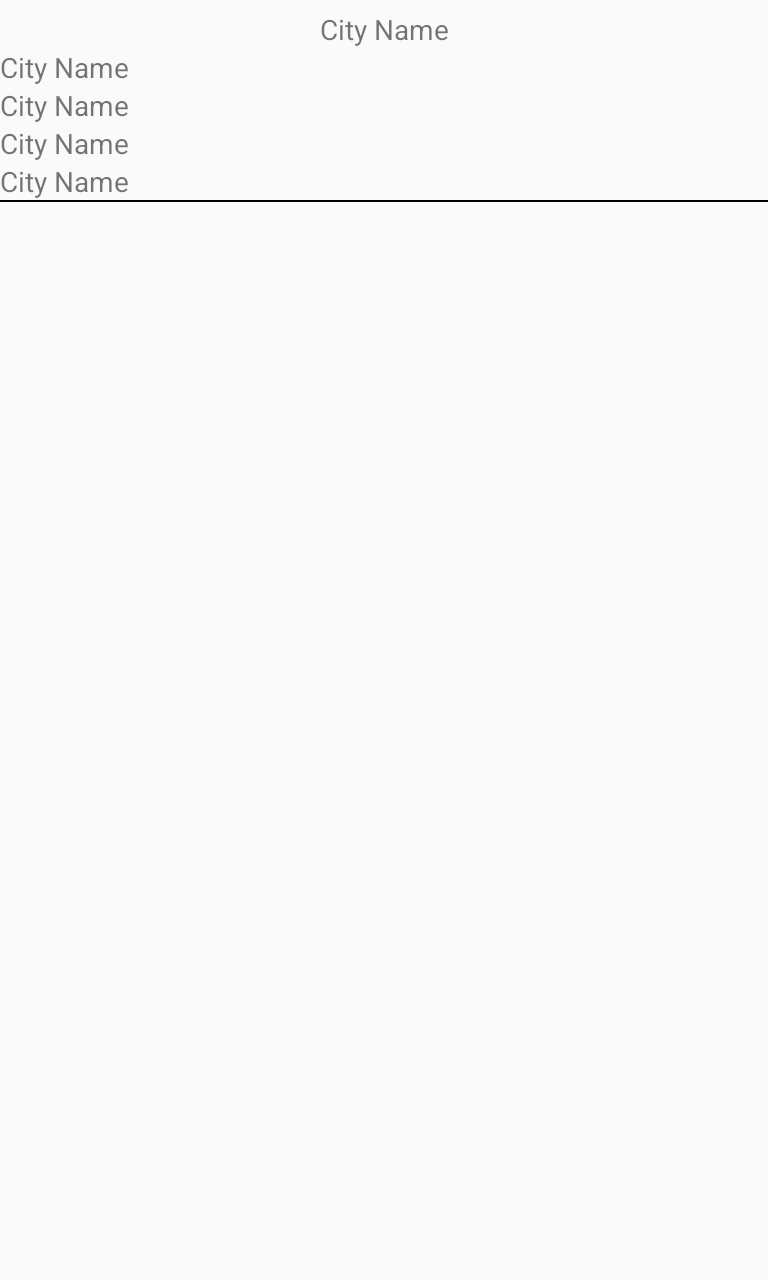
Repository: bhameamit/LeftShiftTask
Layout: LeftShiftTask/LeftShiftTak/res/layout/list_item.xml
These files come from the project's save history. The layout is drawn as it stood at one moment and after the next save; the edit follows.
It is drawn on a 768 x 1280 px phone screen (xhdpi) without system bars, with theme AppTheme; the app's code is not run.

Above is the layout before, as saved 2015-02-22 09:40:05.

After the next save:
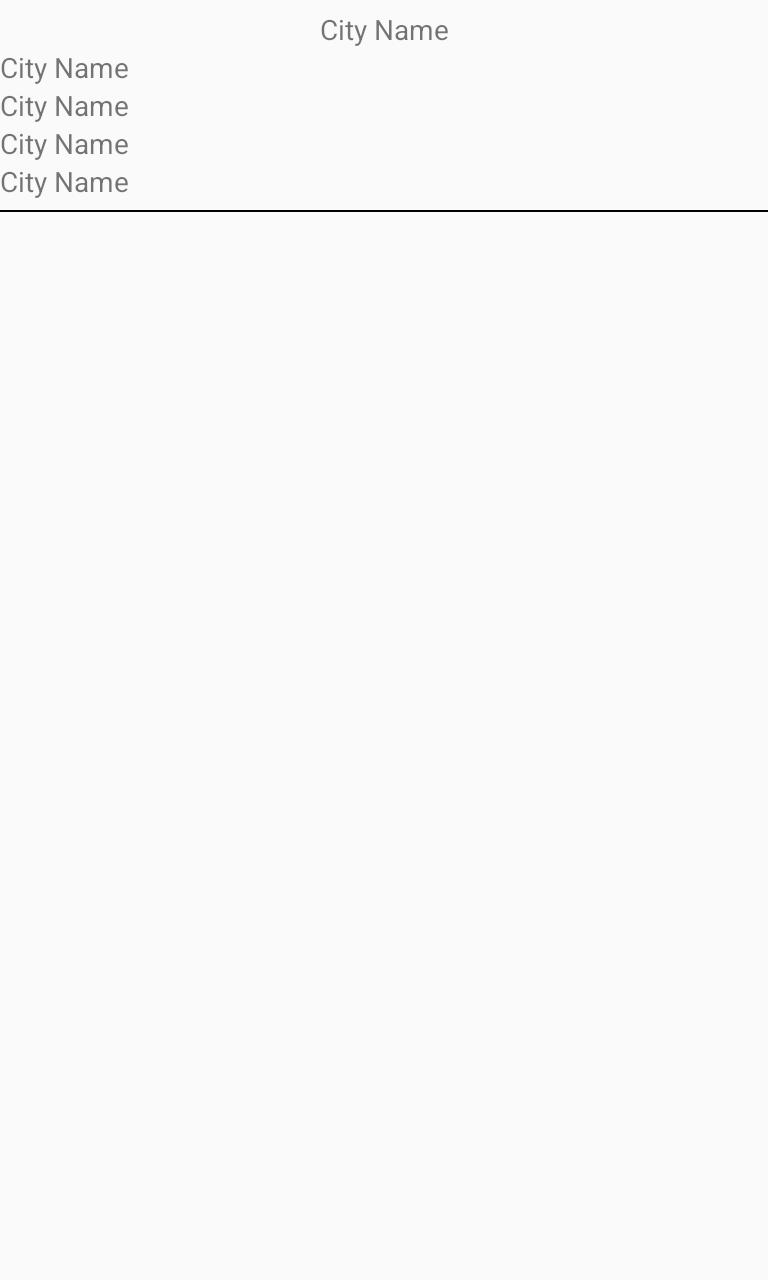
Saved 53 s later.
--- a/LeftShiftTask/LeftShiftTak/res/layout/list_item.xml
+++ b/LeftShiftTask/LeftShiftTak/res/layout/list_item.xml
@@ -43,15 +43,15 @@
 
     <LinearLayout
         android:layout_width="match_parent"
+        android:layout_height="5dp"
+        android:orientation="vertical" >
+    </LinearLayout>
+
+    <LinearLayout
+        android:layout_width="match_parent"
         android:layout_height="1dp"
         android:background="@android:color/black"
         android:orientation="vertical" >
     </LinearLayout>
 
-    <LinearLayout
-        android:layout_width="match_parent"
-        android:layout_height="5dp"
-        android:orientation="vertical" >
-    </LinearLayout>
-
 </LinearLayout>
